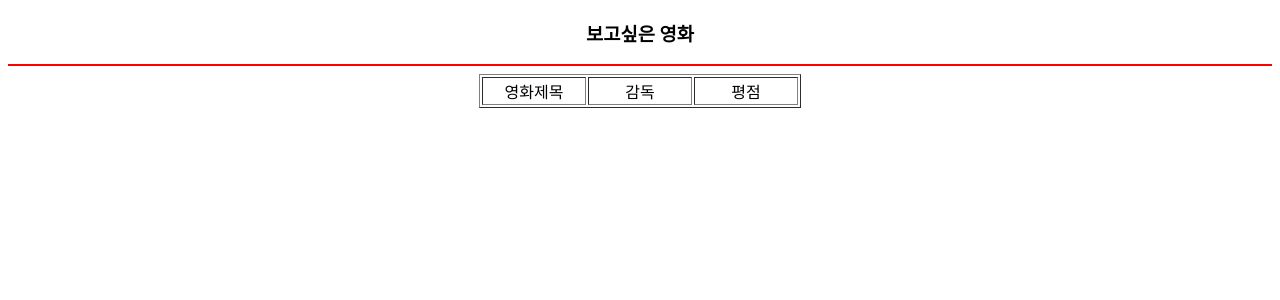
Repository: ujin2021/jsp_study
Page: jsp01/WebContent/table.html
The author's editor kept a copy of each file at every save. The page is drawn from the files as they stood at one save, then again after the next save.
The browser window is 1280 px wide. The pictures show the whole page.

Above is the page before, as saved 2020-01-11 08:45:18.

### jsp01/WebContent/table.html
<!DOCTYPE html>
<html>
<head>
<meta charset="EUC-KR">
<title>Insert title here</title>
</head>
<body>
<center>
<h3>보고싶은 영화</h3>
<hr color="red">
</center>
<!-- 1.테두리를 만든다<table> -->
<!-- 2.행을 만든다 <tr> -->
<!-- 3.칸을 정의한다<td> -->
<!-- 한줄복사->ctrl+alt+화살표아래 -->
<table border="1" align="center">
	<tr align="center">
		<td width="100">영화제목</td>
		<td width="100">감독</td>
		<td width="100">평점</td>
	</tr>
</table>
</body>
</html>

After the next save:
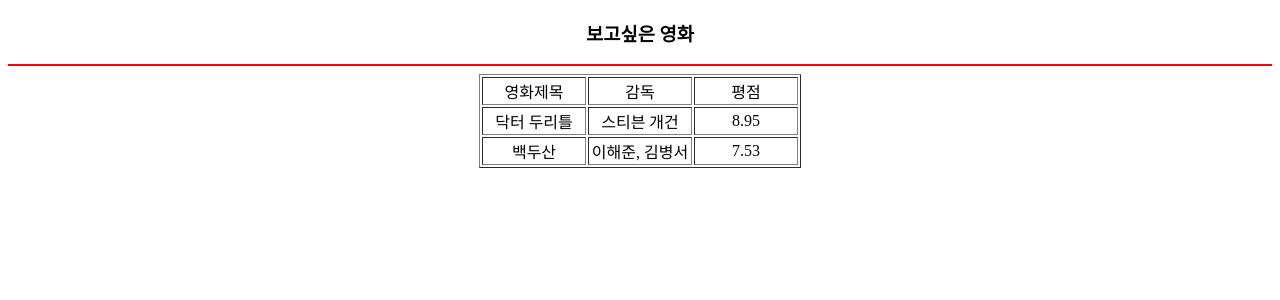
Saved 99 s later.
--- a/jsp01/WebContent/table.html
+++ b/jsp01/WebContent/table.html
@@ -19,6 +19,16 @@
 		<td width="100">감독</td>
 		<td width="100">평점</td>
 	</tr>
+	<tr align="center">
+		<td width="100">닥터 두리틀</td>
+		<td width="100">스티븐 개건</td>
+		<td width="100">8.95</td>
+	</tr>
+	<tr align="center">
+		<td width="100">백두산</td>
+		<td width="100">이해준, 김병서</td>
+		<td width="100">7.53</td>
+	</tr>
 </table>
 </body>
 </html>
